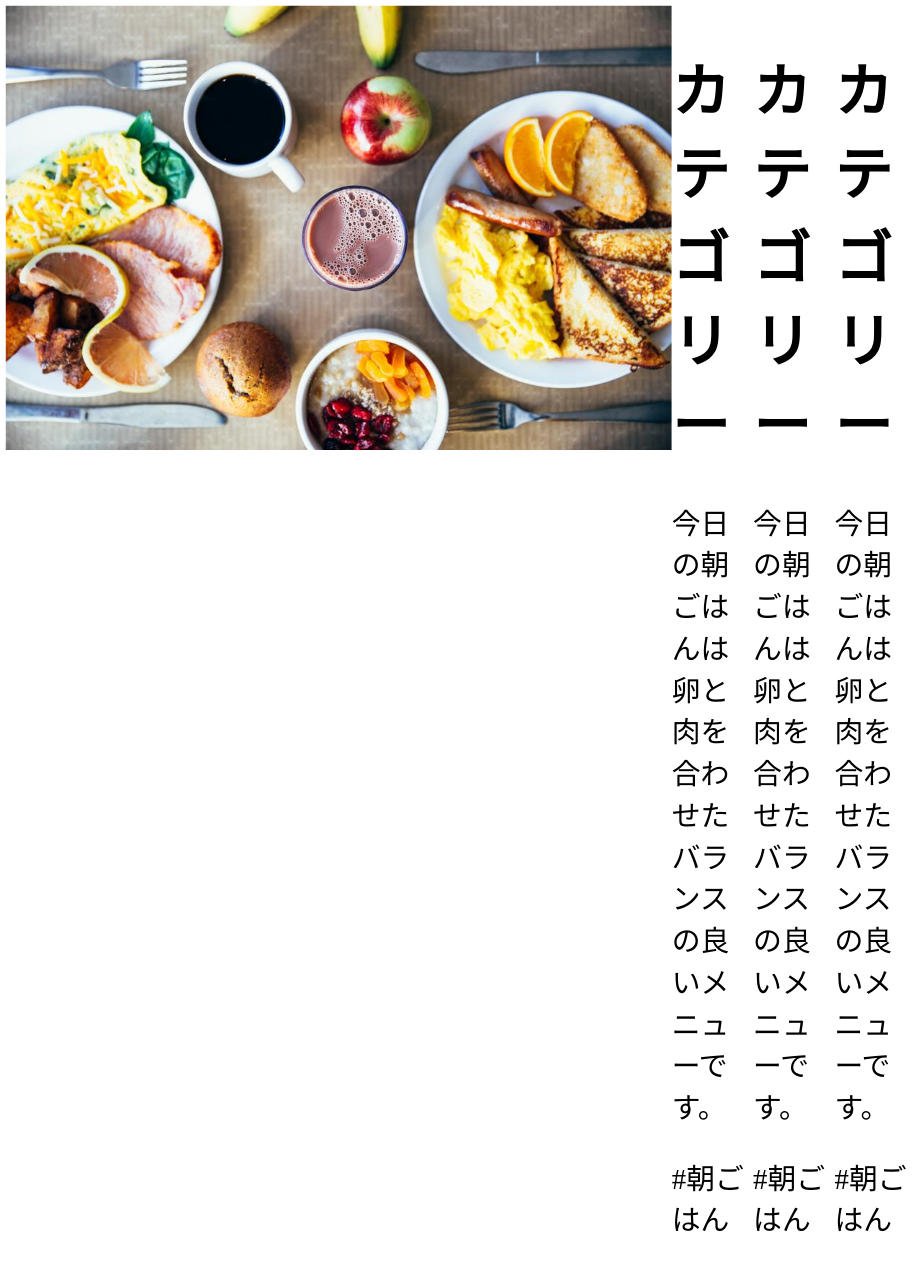
Repository: 9136424556/todo01
Page: coachtech/html-css/css1-17問.html
The author's editor kept a copy of each file at every save. The page is drawn from the files as they stood at one save, then again after the next save.
The browser window is 1280 px wide. The pictures show the whole page, at 72% of full size.

Above is the page before, as saved 2023-12-01 04:53:13.

### coachtech/html-css/css1-17問.html
<link rel="stylesheet" href="css/css1-17問.css">
<div class="flex">
    <div class="card__img">
        <img src="img/card.jpg" alt="" />
    </div>
    <div class="box">
        <h1 class="cord-title">カテゴリー</h1>
        <p class="cord-dl">今日の朝ごはんは卵と肉を合わせたバランスの良いメニューです。</p>
        <p class="cord-tag">#朝ごはん</p>
    </div>
    <div class="box">
        <h1 class="cord-title">カテゴリー</h1>
        <p class="cord-dl">今日の朝ごはんは卵と肉を合わせたバランスの良いメニューです。</p>
        <p class="cord-tag">#朝ごはん</p>
    </div>
    <div class="box">
        <h1 class="cord-title">カテゴリー</h1>
        <p class="cord-dl">今日の朝ごはんは卵と肉を合わせたバランスの良いメニューです。</p>
        <p class="cord-tag">#朝ごはん</p>
    </div>
</div>

### coachtech/html-css/css/css1-17問.css
.flex{
    display: flex;
    flex-direction: row;
    justify-content: space-between;
}
.box{
    background-color: white;
    margin-right: 10px;
    width: 30%;
    height:30%;
    font-size: 40px;
}

After the next save:
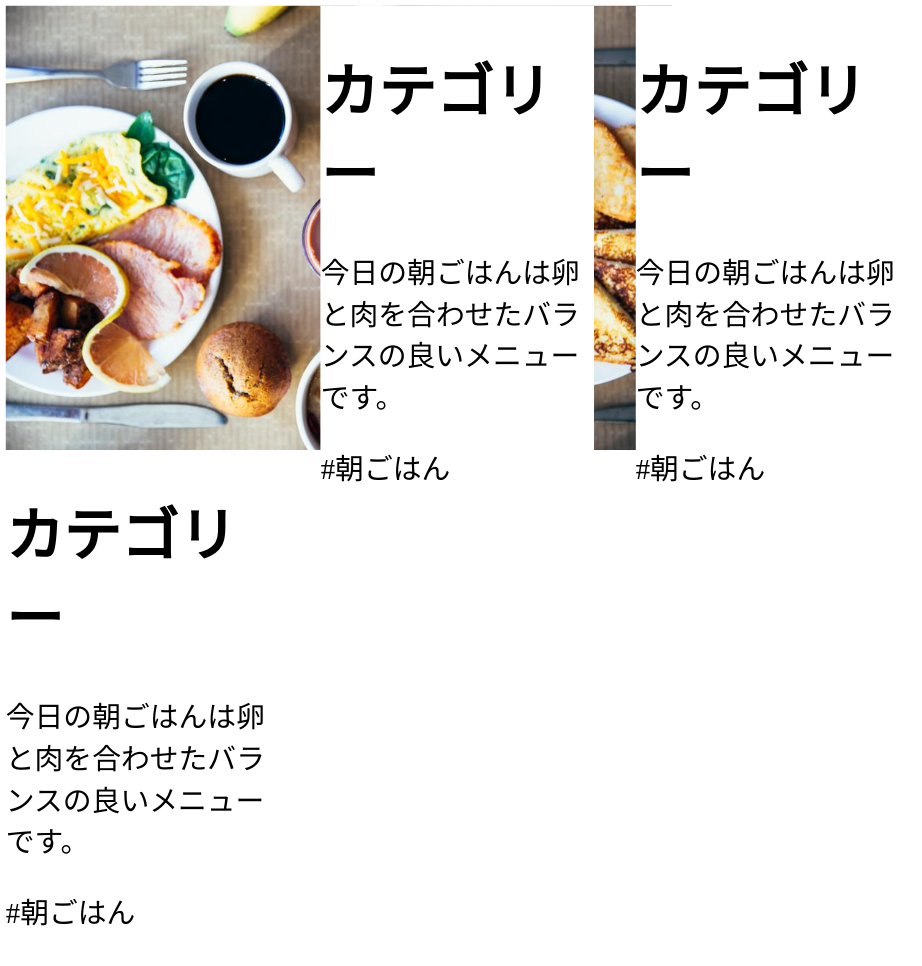
Saved 94 s later.
--- a/coachtech/html-css/css1-17問.html
+++ b/coachtech/html-css/css1-17問.html
@@ -1,9 +1,7 @@
 <link rel="stylesheet" href="css/css1-17問.css">
 <div class="flex">
-    <div class="card__img">
+    <div class="box">
         <img src="img/card.jpg" alt="" />
-    </div>
-    <div class="box">
         <h1 class="cord-title">カテゴリー</h1>
         <p class="cord-dl">今日の朝ごはんは卵と肉を合わせたバランスの良いメニューです。</p>
         <p class="cord-tag">#朝ごはん</p>
